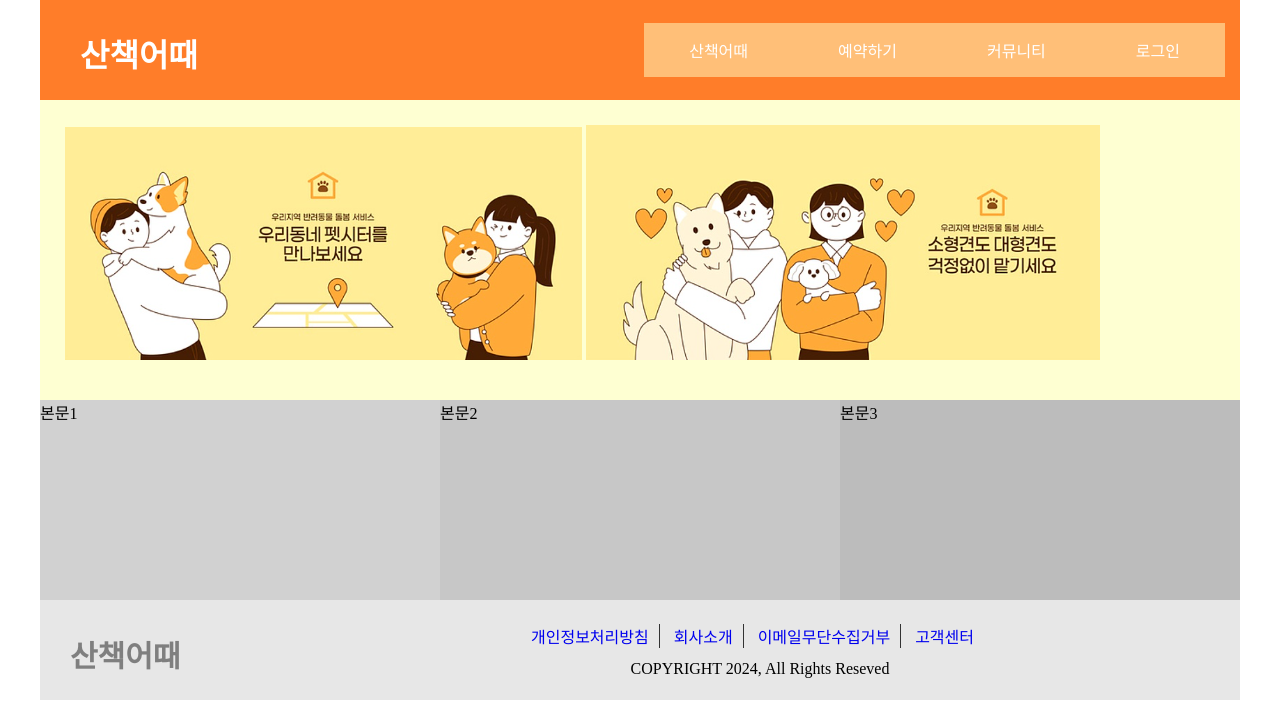
Repository: to-flatwhite1/portfolio
Page: http://localhost/JSP/
These files come from the project's save history. The page is drawn as it stood at one moment and after the next save; the edit follows.
The browser window is 1280 px wide. The pictures show the whole page.
The page is served by Tomcat 9.

Above is the page before, as saved 2024-07-04 02:07:18.

After the next save:
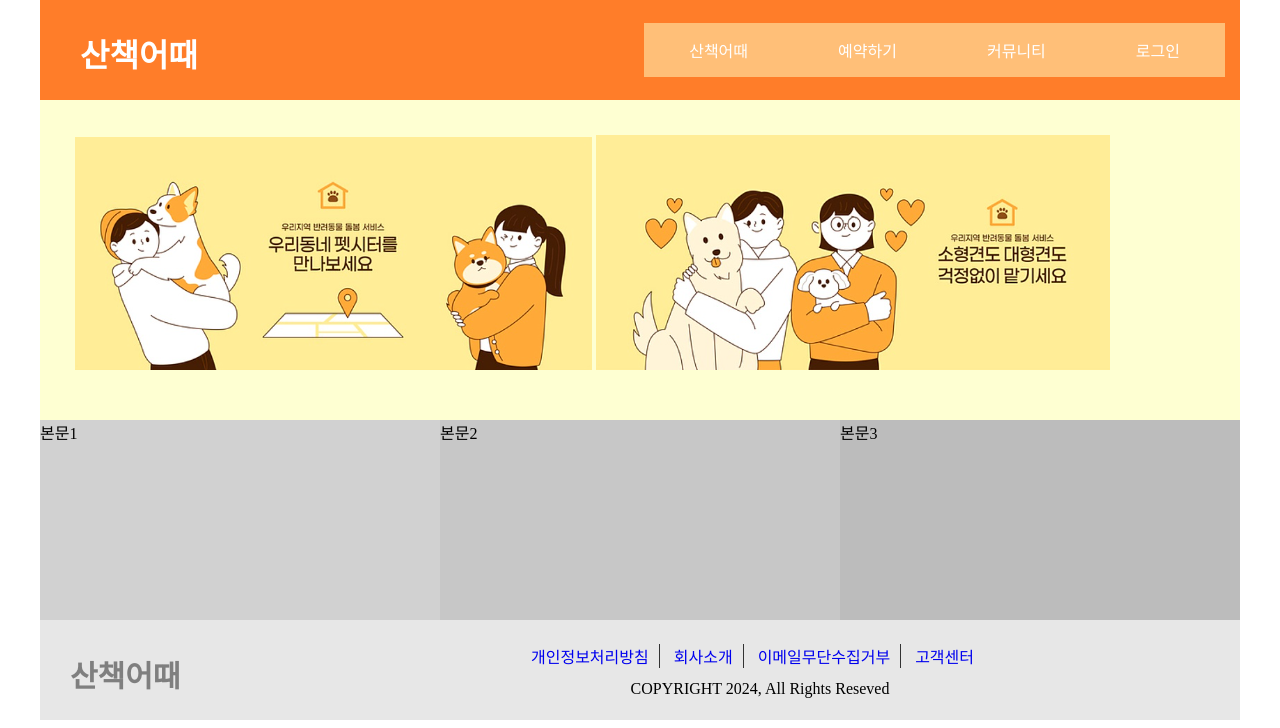
Saved 12 s later.
--- a/JSP/src/main/webapp/index.css
+++ b/JSP/src/main/webapp/index.css
@@ -85,7 +85,7 @@ li {
 #slide .slide_list{
 	width: 100%;
 	height: 250px;
-	padding:25px;
+	padding:35px;
 	background-color: #FEFFD2;
 }
 
